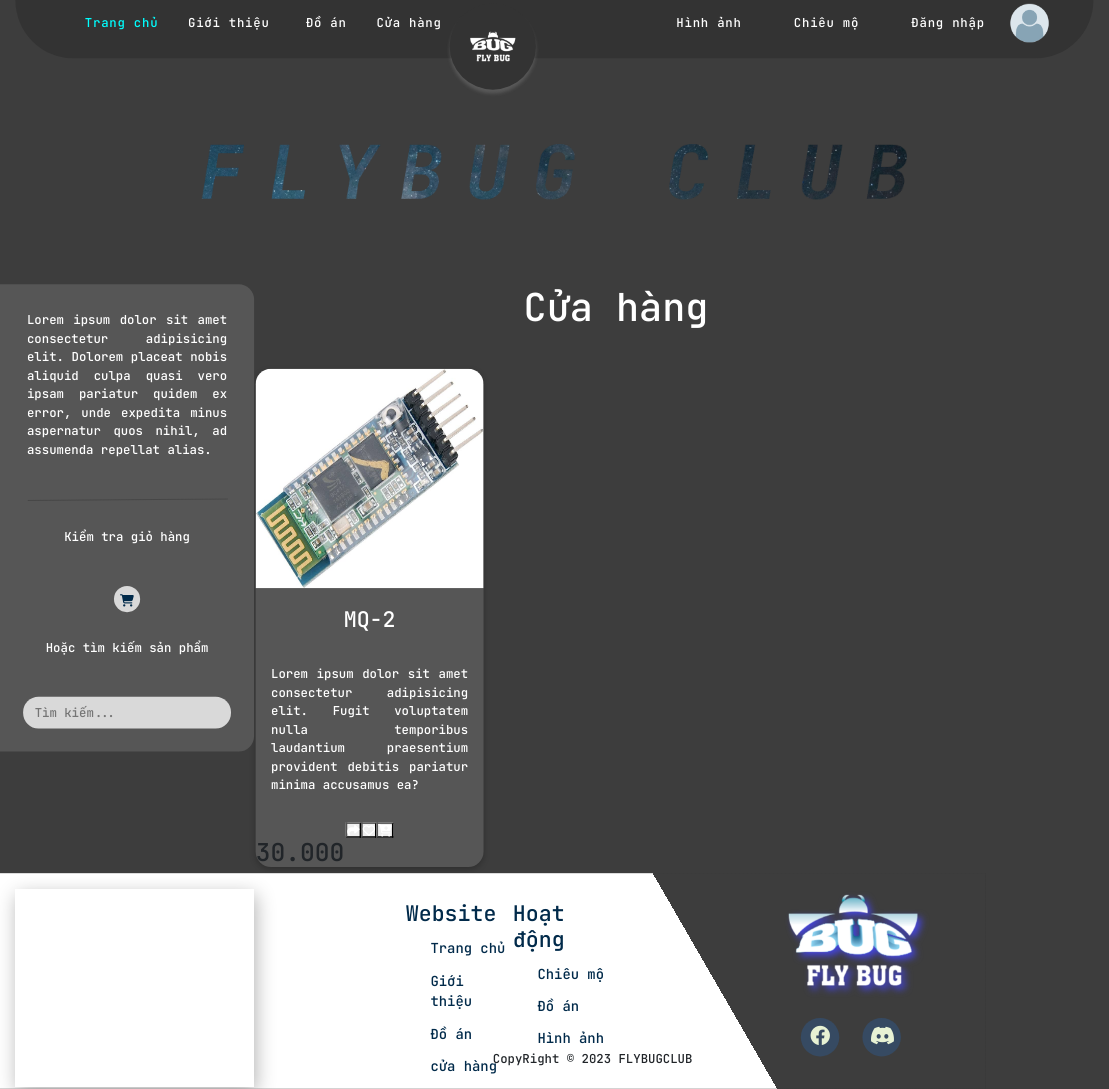
Repository: NQD2308/FlyBugClub_WebApp
Page: PROJECT FLYNUG/html/store.html
The author's editor kept a copy of each file at every save. The page is drawn from the files as they stood at one save, then again after the next save.
The browser window is 1280 px wide. The page is 1440 px wide, so the pictures cover 1440 px, including what lies to the right of the window. The pictures show the whole page, at 77% of full size.
Pictures or frames that could not be fetched are drawn as grey boxes.

Above is the page before, as saved 2023-09-18 11:01:03.

After the next save:
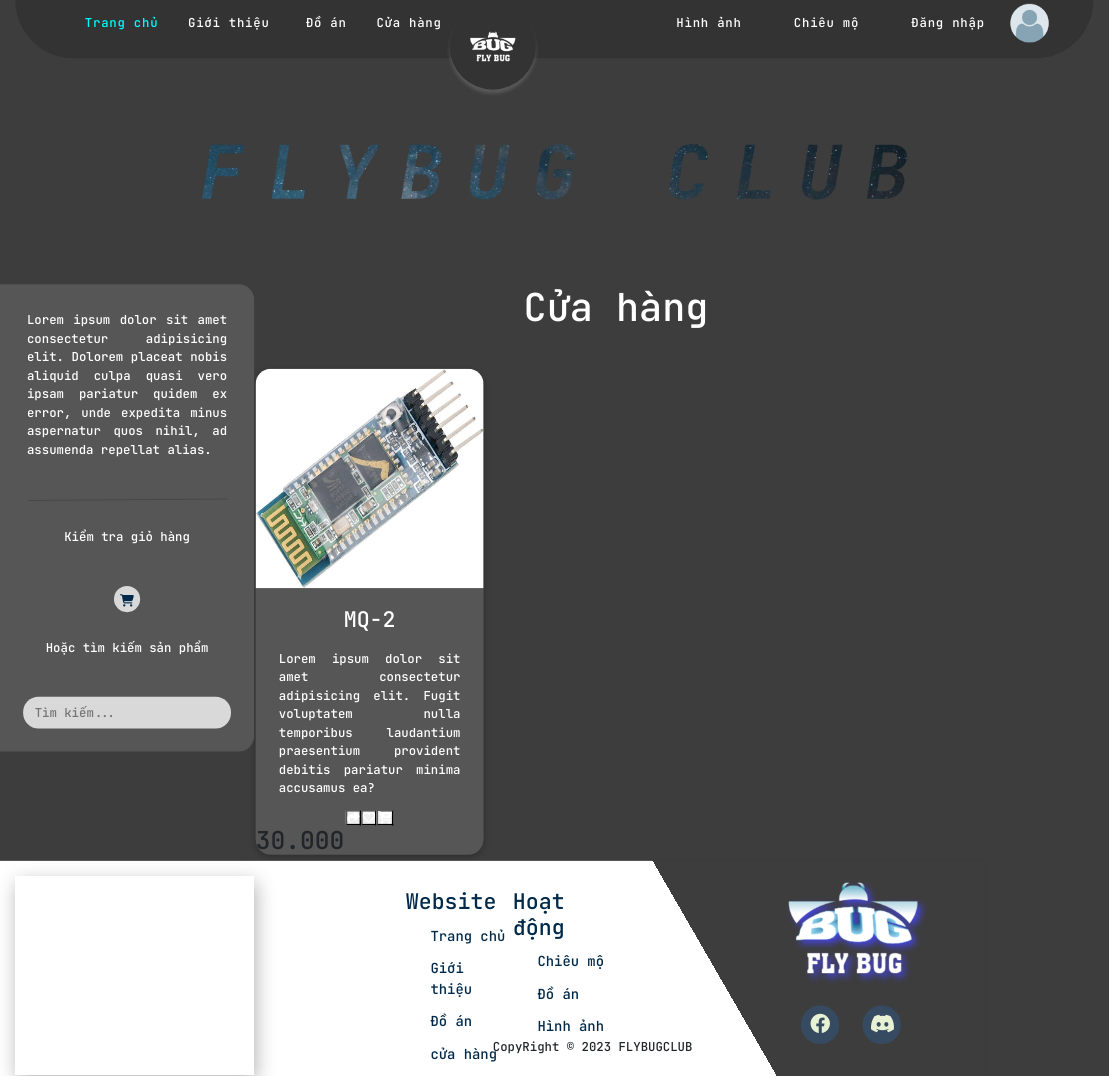
Saved 16 s later.
--- a/PROJECT FLYNUG/css/style.css
+++ b/PROJECT FLYNUG/css/style.css
@@ -221,7 +221,7 @@
 .body .right .store p{
     color: white;
     text-align: justify;
-    padding: 20px;
+    padding: 0 30px;
 }
 
 
